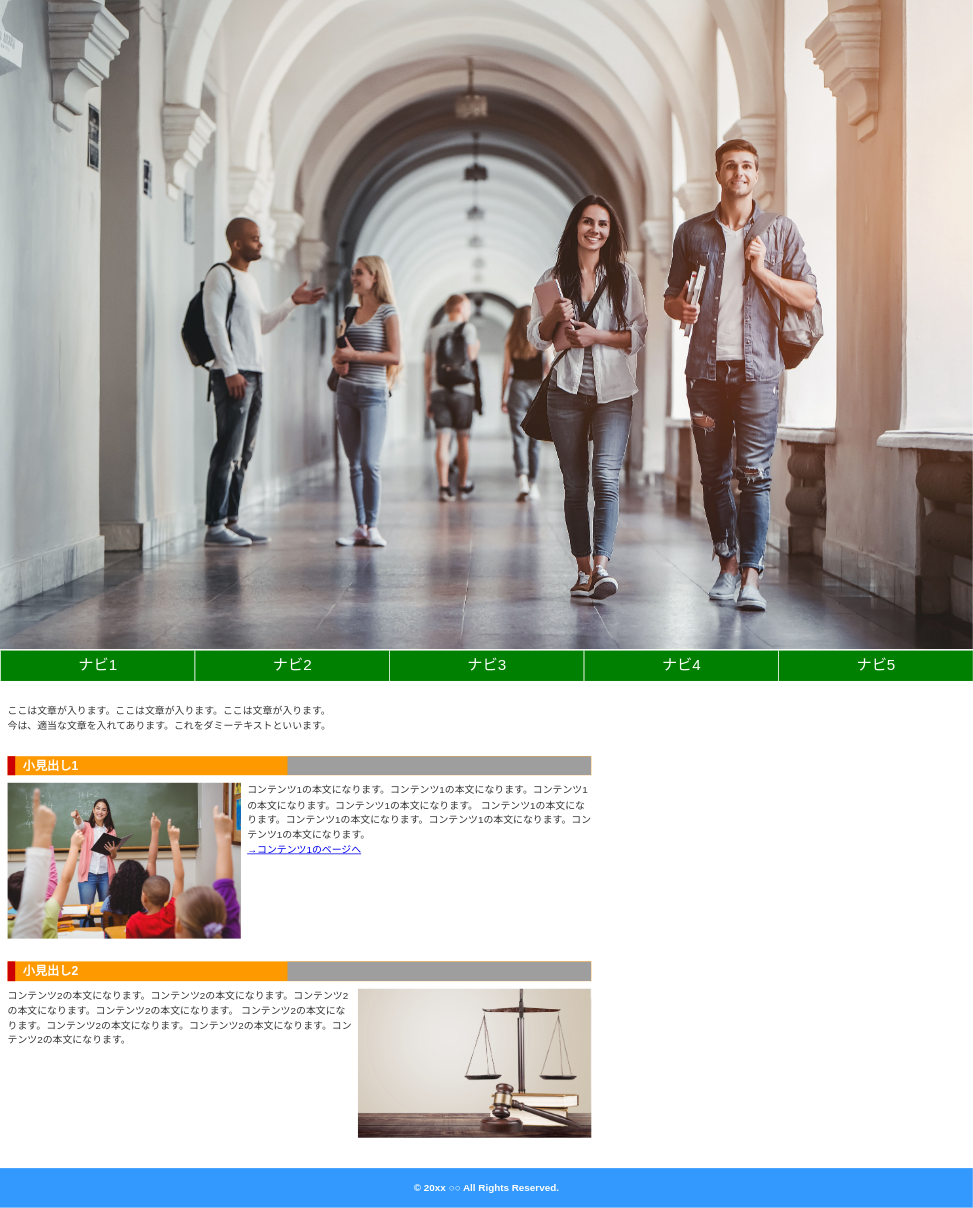
Repository: harchan1214/samurai_HTML-CSS
Page: home.html
The author's editor kept a record of every edit. The page is drawn from the files as they stood at one moment, then again after the next edit.
The browser window is 1280 px wide. The pictures show the whole page, at 76% of full size.
Pictures or frames that could not be fetched are drawn as grey boxes.

Above is the page before.

### home.html
<!DOCTYPE html>
<html lang="ja">
<head>
    <meta charset="UTF-8">
    <title>HTML/CSSの学習</title>
    <link rel="stylesheet" href="stylesheet.css">
</head>
    <body>
        <div id="header">
            <h1><a href="index.html"><img id="corridor" src="images/corridor.jpg" alt="大学の廊下"></a></h1>
        </div>
        <div id="nav">
            <ul>
                 <li><a href="home.html">ナビ1</a></li>
                 <li><a href="#">ナビ2</a></li>
                 <li><a href="#">ナビ3</a></li>
                 <li><a href="#">ナビ4</a></li>
                 <li><a href="#">ナビ5</a></li>
            </ul>
        </div>
        <div id="container">
            <div id="main">
                <div class="post">
                    <p>ここは文章が入ります。ここは文章が入ります。ここは文章が入ります。<br />今は、適当な文章を入れてあります。これをダミーテキストといいます。</p>
                </div>
                <div class="post clearfix">
                    <h2>小見出し1</h2>
                    <img class="left" src="images/classroom.jpg" alt="授業風景" />
                    <p>
                        コンテンツ1の本文になります。コンテンツ1の本文になります。コンテンツ1の本文になります。コンテンツ1の本文になります。
                        コンテンツ1の本文になります。コンテンツ1の本文になります。コンテンツ1の本文になります。コンテンツ1の本文になります。
                    </p>
                    <p><a href="#">→コンテンツ1のページへ</a></p>
                </div>
                <div class="post clearfix">
                    <h2>小見出し2</h2>
                    <img class="right" src="images/scale.jpg" alt="天秤" />
                    <p>
                        コンテンツ2の本文になります。コンテンツ2の本文になります。コンテンツ2の本文になります。コンテンツ2の本文になります。
                        コンテンツ2の本文になります。コンテンツ2の本文になります。コンテンツ2の本文になります。コンテンツ2の本文になります。
                    </p>
                </div>
            </div>
        </div>
        <div id="footer">
            <p>&copy; 20xx ○○ All Rights Reserved.</p>
        </div>
    </body>
</html>

### stylesheet.css
@charset "utf-8";

body{
    margin:0;
    padding:0;
    font-family: "ヒラギノ角ゴ Pro W3","Hiragino Kaku Gothic Pro","メイリオ",Meiryo Osaka,"ＭＳ Ｐゴシック","MS PGothic",sans-serif;
    color: #333;
    font-size: 13px;
    line-height:  150%
}
/*wrapper*/
#wrapper{
    width: 100%;
    margin: auto;
    padding: 0px;
    border: 0px;
    background-color: #FFF;
    top: 10px;
    position: relative;
}
/* -------------------- header -------------------- */
#header{
    width: 100%;
}
#header h1{
    margin: 0;
    padding: 0;
}
#corridor{
    width: 100%;
    height: auto;
}
/* -------------------- footer -------------------- */
#footer{
    clear: both;
    width: 100%;
    padding: 3px 0 3px 0;
    background: #39F;
    color: #FFF;
    font-weight: bold;
    text-align: center;
}
/* -------------------- nav -------------------- */
#nav{
    width: 100%;
}
#nav ul{
    margin:0;
    padding:0;
    list-style-type: none;
}
#nav ul li{
    float:left;
    width:20%;
    text-align: center;
}
#nav ul li a{
    display: block;
    height: 20px;
    margin: 0;
    padding: 10px;
    color: #FFF;
    font-size: 20px;
    text-decoration: none;
    background-color: green;
    border-left: 1px solid white;
}
#nav ul li a:hover{
    filter: drop-shadow(10px 10px 10px black);
}
/* -------------------- container -------------------- */
#container{
    width: 100%;
    margin: auto;
    padding-top: 20px;
    clear: both;
}
/* -------------------- main -------------------- */
#main{
    float: left;
    width: 60%;
    padding: 10px 30px 10px 10px;
}
#main h2{
    margin: 0 0 10px 0;
    padding: 3px 10px 3px 10px;
    color: #FFF;
    font-size: 16px;
    border-left: solid 10px #C00;
    background: #F90 url(../images/main_h2.jpg) right top repeat-y;
}
#main p{
    margin: 0;
    padding: 0;
}
#main .post{
    margin: 0 0 30px 0;
}
#main .post img.right {
    margin: 0 0 0 8px;
}
#main .post img.left{
    margin: 0 8px 0 0;
}
.right{
    float:right;
    width: 40%;
    height: auto;
}
.left{
    float: left;
    width: 40%;
    height: auto;
}
/* -------------------- clearfix -------------------- */
.clearfix{
    zoom: 1;
}
.clearfix:after{
    content: "";
    display: block;
    clear: both;
}
/* -------------------- side -------------------- */
#side{
    float: right;
    width: 30%;
    padding: 20px;
    background-color: #F99;
}
#side .box{
    margin: 0 auto 30px auto;
    padding: 0 0 20px 0;
    background: url(images/side_box.png) bottom no-repeat;
}
#side .box h2{
    margin: 0;
    padding: 8px;
    text-align: center;
    color: #fff;
    font-size: 16px;
    line-height: 16px;
    font-weight: normal;
    background: url(images/side_box_h2.png) center no-repeat;
}
#side .box .boxBody{
    padding: 8px;
    border-right: solid 1px  #C36;
    border-bottom: solid 1px #C36;
    border-left: solid 1px #C36;
    background: #fff;
}
#side .box .boxBody ul{
    margin: 0 0 16px 0;
    padding: 0;
}
#side .box .boxBody ul li{
    padding: 8px 0 8px 4px;
    list-style: none;
    border-bottom: solid 1px #C36;
}

After the next edit:
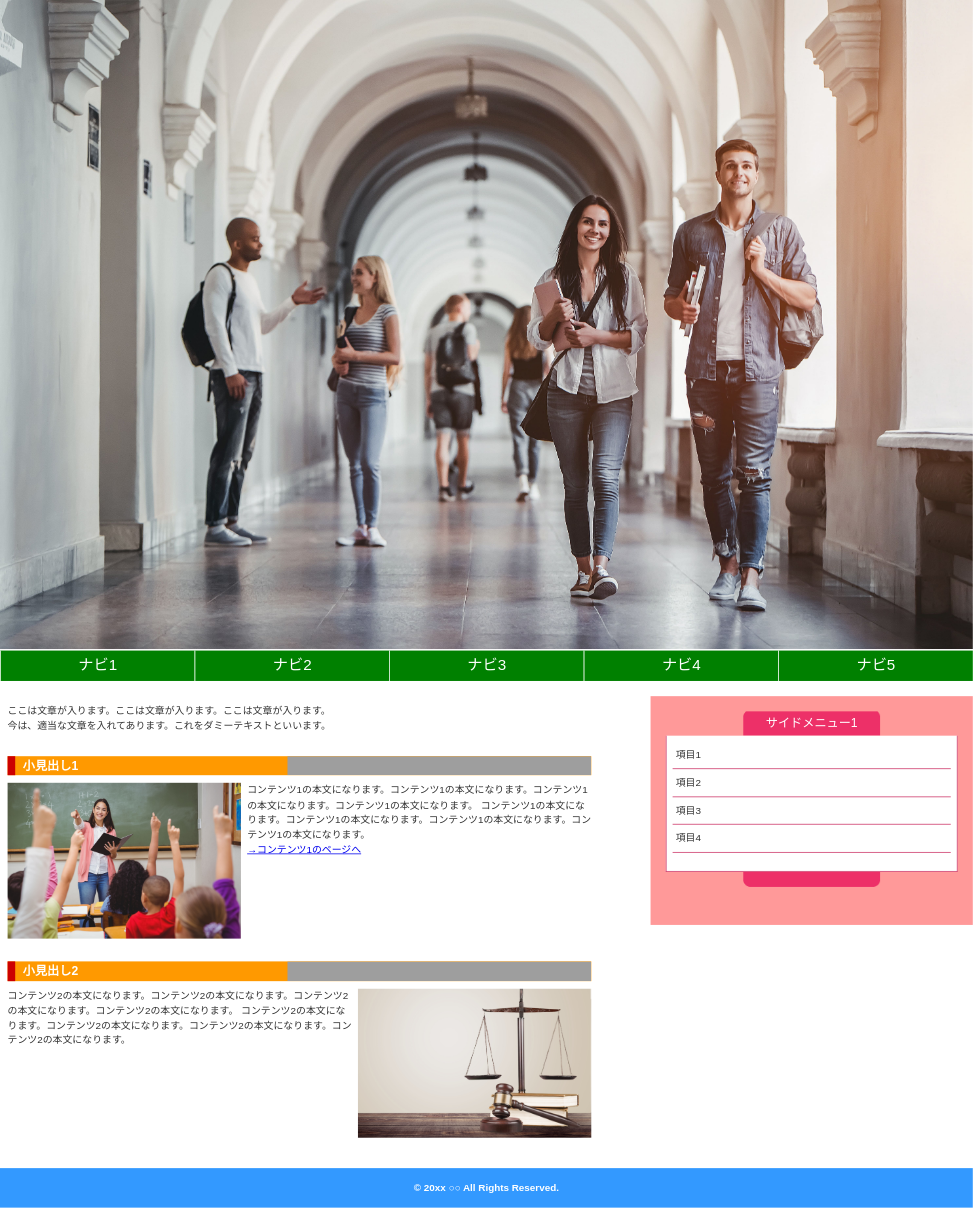
The edit:
--- a/home.html
+++ b/home.html
@@ -41,6 +41,19 @@
                     </p>
                 </div>
             </div>
+            <div id="side">
+                <div class="box">
+                    <h2>サイドメニュー1</h2>
+                    <div class="boxBody">
+                        <ul>
+                            <li>項目1</li>
+                            <li>項目2</li>
+                            <li>項目3</li>
+                            <li>項目4</li>
+                        </ul>
+                    </div>
+                </div>
+            </div>
         </div>
         <div id="footer">
             <p>&copy; 20xx ○○ All Rights Reserved.</p>
